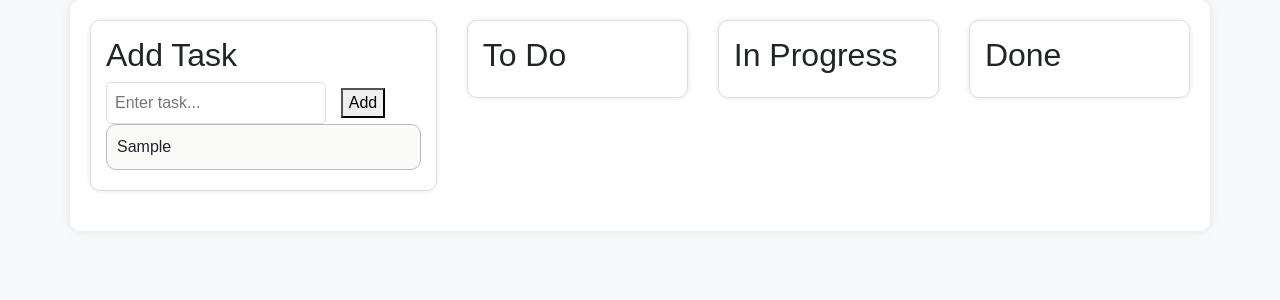
Repository: ZakariaZhlat125/test-rar-it
Page: http://localhost/
The author's editor kept a copy of each file at every save. The page is drawn from the files as they stood at one save, then again after the next save.
The browser window is 1280 px wide. The pictures show the whole page.
Empty fields were first filled with sample values (such as "Sample", 5 or name@example.com).
After loading, the first visible `button` was clicked once.
Some web libraries are served in a nearby version. The page is run by PHP 8.4 with error messages shown; the project is at /var/www/html/. The database holds what the project's SQL file puts in it.

Above is the page before, as saved 2024-03-01 23:18:56.

### index.php
<!DOCTYPE html>
<html lang="en">
<head>
  <meta charset="UTF-8">
  <meta name="viewport" content="width=device-width, initial-scale=1.0">
  <link href="https://stackpath.bootstrapcdn.com/bootstrap/4.5.0/css/bootstrap.min.css" rel="stylesheet">
  <link rel="stylesheet" href="styles.css">
  <title>Drag and Drop To-Do List</title>
</head>
<body>

<div class="container">
  <div class="row">
    <div class="col-md-4">
      <div id="add-task" class="task-list" ondrop="drop(event)" ondragover="allowDrop(event)">
        <h2>Add Task</h2>
        <input type="text" id="taskInput" placeholder="Enter task...">
        <button onclick="addTask()">Add</button>
      </div>
    </div>

    <div class="col-md-8">
      <div class="row">
        <div class="col-md-4">
          <div id="todo-list" class="task-list" ondrop="drop(event)" ondragover="allowDrop(event)">
            <h2>To Do</h2>
          </div>
        </div>
        <div class="col-md-4">
          <div id="in-progress-list" class="task-list" ondrop="drop(event)" ondragover="allowDrop(event)">
            <h2>In Progress</h2>
          </div>
        </div>
        <div class="col-md-4">
          <div id="done-list" class="task-list" ondrop="drop(event)" ondragover="allowDrop(event)">
            <h2>Done</h2>
          </div>
        </div>
      </div>
    </div>
  </div>
</div>

<script src="https://code.jquery.com/jquery-3.5.1.slim.min.js"></script>

<script src="https://cdn.jsdelivr.net/npm/@popperjs/core@2.10.2/dist/umd/popper.min.js"></script>
<script src="https://stackpath.bootstrapcdn.com/bootstrap/4.5.0/js/bootstrap.min.js"></script>
<script src="script.js"></script>
</body>
</html>

### fetch_tasks.php
<?php
$servername = "localhost";
$username = "root";
$password = "";
$dbname = "docdb";

$conn = new mysqli($servername, $username, $password, $dbname);

if ($conn->connect_error) {
    die("Connection failed: " . $conn->connect_error);
}

$status = isset($_GET['status']) ? $_GET['status'] : null;

if ($status !== null) {
    // Adjust the SQL query based on your database schema
    $sql = "SELECT * FROM tasks WHERE status = '$status' ORDER BY date_created ";
    $result = $conn->query($sql);

    if ($result->num_rows > 0) {
        while ($row = $result->fetch_assoc()) {
            echo '<div class="task-item" id="' . $row['id'] . '" draggable="true" ondragstart="drag(event)">' . $row['name'] . '</div>';
        }
    } else {
        echo '<p>No tasks in this category</p>';
    }
}

$conn->close();

### save.php
<?php
$servername = "localhost";
$username = "root";
$password = "";
$dbname = "docdb";

// Create connection
$conn = new mysqli($servername, $username, $password, $dbname);

// Check connection
if ($conn->connect_error) {
    die("Connection failed: " . $conn->connect_error);
}

// TODO: Retrieve task IDs from the frontend
$todoTasks = isset($_POST['todoTasks']) ? $_POST['todoTasks'] : null;
$inProgressTasks = isset($_POST['inProgressTasks']) ? $_POST['inProgressTasks'] : null;
$doneTasks = isset($_POST['doneTasks']) ? $_POST['doneTasks'] : null;

// Check if any of the arrays is not null before updating the database
updateTaskOrder($conn, 'todo_tasks', $todoTasks);
updateTaskOrder($conn, 'in_progress_tasks', $inProgressTasks);
updateTaskOrder($conn, 'done_tasks', $doneTasks);

// Handle adding a new task
$taskText = isset($_POST['taskText']) ? $_POST['taskText'] : null;
$action = isset($_POST['action']) ? $_POST['action'] : null;

if ($action === "addTask" && $taskText !== null) {
    addTaskToDatabase($conn, $taskText);
}

$conn->close();

function updateTaskOrder($conn, $tableName, $taskIds)
{
    // Check if $taskIds is an array before proceeding
    if (!is_array($taskIds)) {
        echo "Invalid data for $tableName.\n";
        return;
    }

    // Construct the SQL query to update the task order
    $sql = "UPDATE $tableName SET order_column = CASE id ";

    foreach ($taskIds as $index => $taskId) {
        $sql .= "WHEN '$taskId' THEN '$index' ";
    }

    $sql .= "END WHERE id IN ('" . implode("','", $taskIds) . "')";

    // Execute the query
    if ($conn->query($sql) === TRUE) {
        echo "Task order updated successfully for $tableName.\n";
    } else {
        echo "Error updating task order for $tableName: " . $conn->error . "\n";
        echo "SQL Query: $sql"; // Log the SQL query
    }
}

function addTaskToDatabase($conn, $taskText)
{
    // Use prepared statements to prevent SQL injection
    $stmt = $conn->prepare("INSERT INTO tasks (name, status) VALUES (?, 'todo')");
    $stmt->bind_param("s", $taskText);

    if ($stmt->execute()) {
        echo "Task added successfully.\n";
    } else {
        echo "Error adding task: " . $stmt->error . "\n";
    }

    $stmt->close();
}

### styles.css
body {
  margin: 0;
  padding: 0;
  font-family: 'Arial', sans-serif;
  background-color: #f8f9fa; /* Light gray background */
}

.container {
  display: flex;
  flex-direction: column;
  background-color: #ffffff; /* White background */
  padding: 20px;
  border-radius: 10px;
  box-shadow: 0 0 10px rgba(0, 0, 0, 0.1); /* Box shadow for depth */
}

.bigbox {
  border: 1px solid #ddd;
  padding: 10px;
  border-radius: 10px;
  display: flex;
  justify-content: space-between;
  box-shadow: 0 0 10px rgba(0, 0, 0, 0.1); /* Box shadow for depth */
}

.task-list {
  border: 1px solid #ddd;
  padding: 15px; /* Increased padding for better spacing */
  border-radius: 10px;
  margin-bottom: 20px;
  box-shadow: 0 0 5px rgba(0, 0, 0, 0.1); /* Subtle box shadow */
}


#taskInput {
  border-radius: 5px;
  border: 1px solid #ddd;
  padding: 8px;
  width: 70%;
  margin-right: 10px;
  position: relative;
}
.task-item {
  background-color: #fafaf8;
  border: 1px solid #b5bcc2;
  border-radius: 10px;
  margin-bottom: 5px;
  padding: 10px;
  cursor: grab;
  position: relative;
}
.delete-btn {
  position: absolute;
  border: none;
  border-radius: 10px;
  color: white;
  background-color: rgb(211, 34, 34);
  top: 5px;
  right: 5px;
  cursor: pointer;
}

.delete-btn:hover {
  background-color: rgb(148, 7, 7);
}

### script.js
$(document).ready(function () {
  // Fetch and display tasks from the database on page load
  fetchAndDisplayTasks("todo", "todo-tasks-container");
  fetchAndDisplayTasks("in-progress", "in-progress-tasks-container");
  fetchAndDisplayTasks("done", "done-tasks-container");
});

function fetchAndDisplayTasks(listId, containerId) {
  $.ajax({
    type: "GET",
    url: "fetch_tasks.php", // Adjust the URL based on your server-side implementation
    data: { status: listId },
    success: function (response) {
      // Append tasks to the specified container
      $("#" + containerId).html(response);
      addDeleteButtons();
      addDragListeners();
    },
    error: function (xhr, status, error) {
      console.error("Error fetching tasks: " + xhr.responseText);
    },
  });
}

function addDragListeners() {
  // Add dragstart event listener to each task
  $(".task-item").on("dragstart", function (event) {
    event.originalEvent.dataTransfer.setData("text", event.target.id);
  });

  // Add drop event listener to each task list
  $(".task-list").on("drop", function (event) {
    event.preventDefault();
    var data = event.originalEvent.dataTransfer.getData("text");
    console.log(data);
    var draggedElement = $("#" + data);

    // Get the target task list
    var targetList = $(event.target).closest(".task-list");

    // Append the dragged element to the target task list
    if (targetList) {
      targetList.append(draggedElement);
      // Update the status in the database
      updateTaskStatus(draggedElement.attr("id"), targetList.attr("id"));
    }
  });

  // Add dragover event listener to each task list
  $(".task-list").on("dragover", function (event) {
    event.preventDefault();
  });
  $(".delete-btn").on("dragstart", function (event) {
    event.stopPropagation();
  });
}
function allowDrop(event) {
  event.preventDefault();
}

function drag(event) {
  event.dataTransfer.setData("text", event.target.id);
}

function drop(event) {
  event.preventDefault();
  var data = event.dataTransfer.getData("text");
  var draggedElement = document.getElementById(data);

  // Get the target task list
  var targetList = event.target.closest(".task-list");

  // Append the dragged element to the target task list
  if (targetList) {
    targetList.appendChild(draggedElement);
  }

  // TODO: Check if the target list is the "Add Task" box and handle accordingly
  if (targetList.id === "add-task") {
    // Add task handling logic here
    addTask(draggedElement.textContent);
  }

  // TODO: Save data to the database using AJAX and update the server-side records
  saveTaskToDatabase();
}

function addTask(taskText) {
  var taskInput = document.getElementById("taskInput");
  var taskText = taskInput.value.trim();

  if (taskText !== "") {
    // Create a new task item
    var newTask = document.createElement("div");
    newTask.textContent = taskText;
    newTask.className = "task-item";
    newTask.draggable = true;
    newTask.id = "task" + Math.floor(Math.random() * 1000);
    // Make the newly added task draggable
    newTask.setAttribute("draggable", true);
    newTask.setAttribute("ondragstart", "drag(event)");

    // Append the new task to the "Add Task" box
    var addTaskBox = document.getElementById("add-task");
    addTaskBox.appendChild(newTask);

    // Clear the input field
    taskInput.value = "";

    // Save the task to the database
    saveTaskToDatabase(newTask.textContent);
  }
}

function saveTaskToDatabase(taskText) {
  // TODO: Implement AJAX to save the task to the database
  $.ajax({
    type: "POST",
    url: "save.php",
    data: {
      taskText: taskText,
      action: "addTask", // Indicate that this is an add task action
    },
    success: function (response) {
      console.log(response);
    },
    error: function (xhr, status, error) {
      console.error("Error: " + xhr.responseText);
    },
  });
  addDragListeners();
}

function updateTaskStatus(taskId, status) {
  $.ajax({
    type: "POST",
    url: "update_status.php",
    data: {
      taskId: taskId,
      status: status,
    },
    success: function (response) {
      console.log(response);
    },
    error: function (xhr, status, error) {
      console.error("Error updating task status: " + xhr.responseText);
    },
  });
}

////  delete  /////
function addDeleteButtons() {
  // Add a delete button to each task
  $(".task-item").each(function () {
    // Check if the delete button is already added to the task
    if ($(this).find(".delete-btn").length === 0) {
      var deleteButton = $("<button>")
        .addClass("delete-btn")
        .text("x")
        .click(function () {
          deleteTask($(this).closest(".task-item"));
        });

      $(this).append(deleteButton);
    }
  });
}

function deleteTask(taskItem) {
  var taskId = taskItem.attr("id");

  // TODO: Remove the task from the database using AJAX and update the server-side records
  removeTaskFromDatabase(taskId);

  // Remove the task item from the DOM
  taskItem.remove();
}

function removeTaskFromDatabase(taskId) {
  // TODO: Implement AJAX to remove the task from the database
  $.ajax({
    type: "POST",
    url: "remove.php",
    data: {
      taskId: taskId,
      action: "removeTask", // Indicate that this is a remove task action
    },
    success: function (response) {
      console.log(response);
    },
    error: function (xhr, status, error) {
      console.error("Error: " + xhr.responseText);
    },
  });
}

### docdb.sql (the tables this page reads)
CREATE TABLE `tasks` (
  `id` int(11) NOT NULL,
  `name` varchar(255) NOT NULL,
  `date_created` timestamp NOT NULL DEFAULT current_timestamp(),
  `status` varchar(50) DEFAULT 'todo'
) ENGINE=InnoDB DEFAULT CHARSET=utf8mb4 COLLATE=utf8mb4_general_ci;

INSERT INTO `tasks` (`id`, `name`, `date_created`, `status`) VALUES
(7, 'test', '2024-03-01 19:39:43', 'done'),
(9, 'test', '2024-03-01 20:20:03', 'todo'),
(10, 'test', '2024-03-01 20:20:09', 'done'),
(11, 'eeeex', '2024-03-01 20:21:06', 'todo'),
(15, 'testx', '2024-03-01 20:24:11', 'todo');

ALTER TABLE `tasks`
  ADD PRIMARY KEY (`id`);

ALTER TABLE `tasks`
  MODIFY `id` int(11) NOT NULL AUTO_INCREMENT, AUTO_INCREMENT=16;

After the next save:
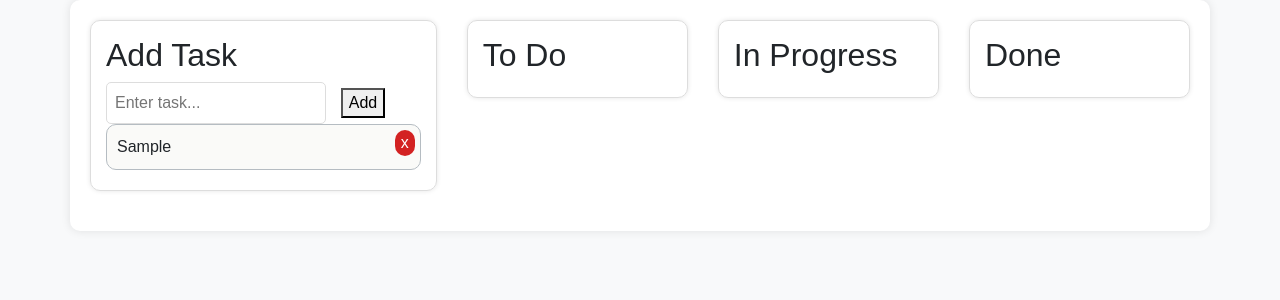
Saved 62 s later.
--- a/script.js
+++ b/script.js
@@ -109,6 +109,7 @@ function addTask(taskText) {
 
     // Save the task to the database
     saveTaskToDatabase(newTask.textContent);
+	addDeleteButtons();
   }
 }
 
